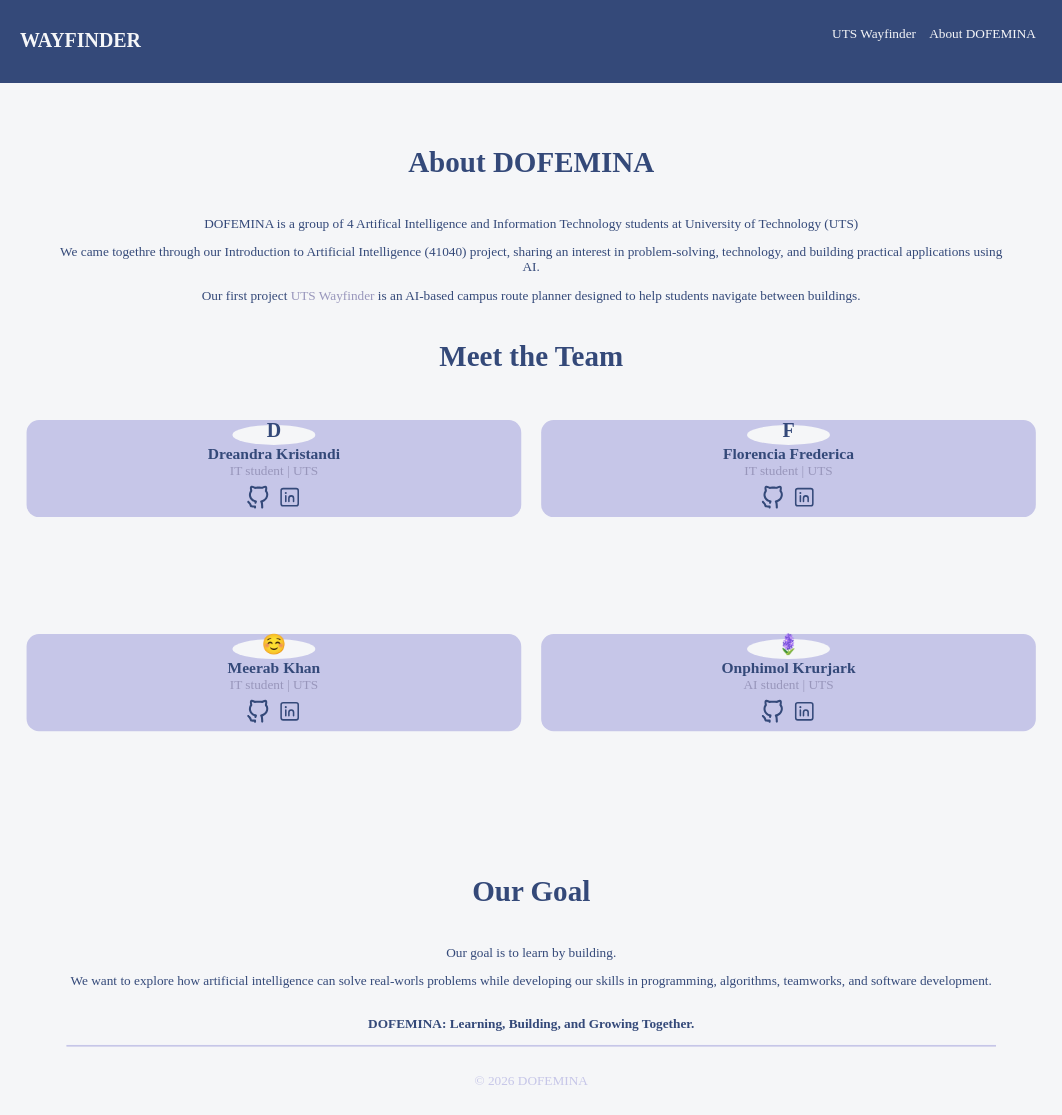
Repository: Meerab-K/uts-wayfinder
Page: html/about.html
The author's editor kept a copy of each file at every save. The page is drawn from the files as they stood at one save, then again after the next save.
The browser window is 1280 px wide. The pictures show the whole page, at 83% of full size.
Some web fonts or font styles are not loaded; a fallback is used.

Above is the page before, as saved 2026-10-19 21:50:42.

After the next save:
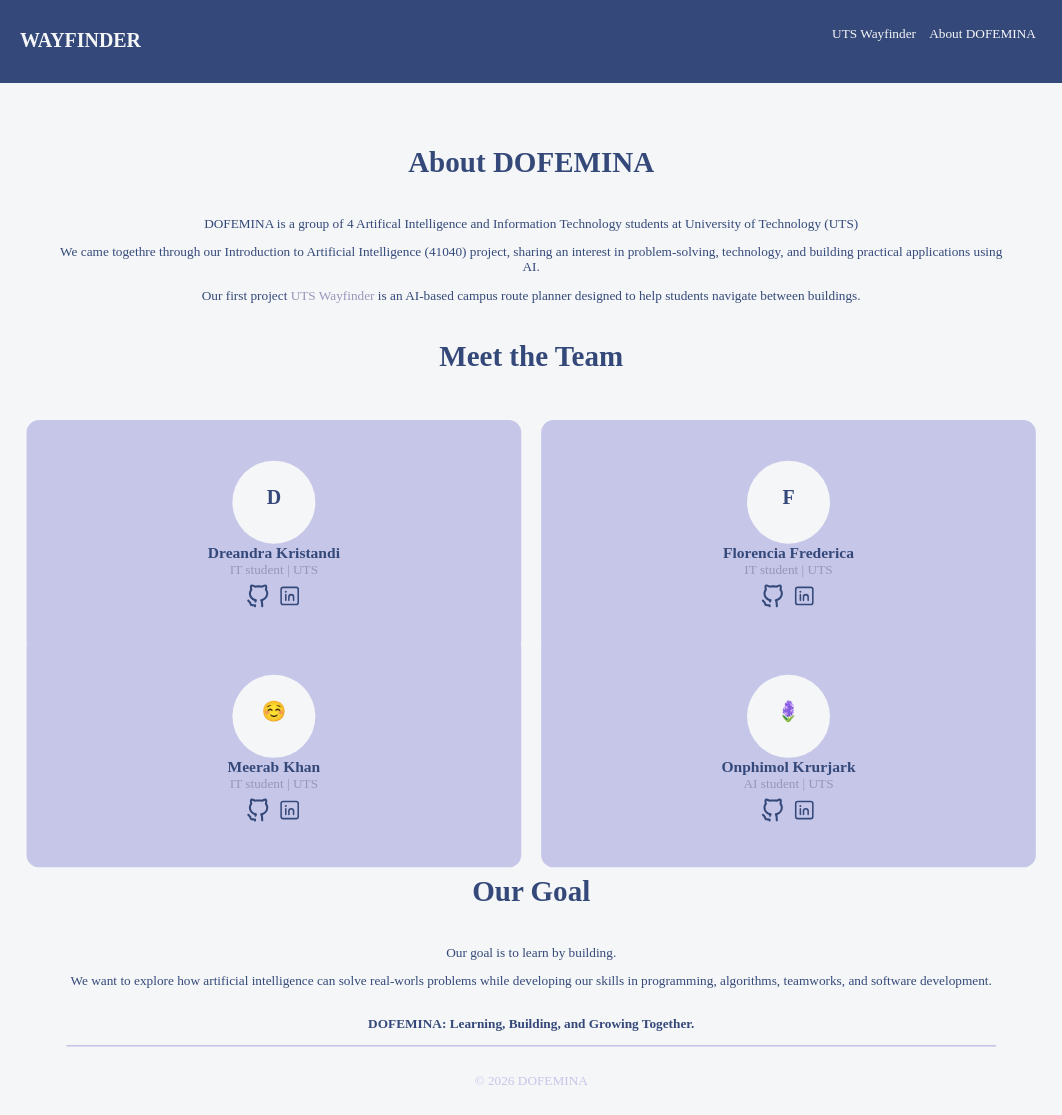
Saved 6 s later.
--- a/css/about.css
+++ b/css/about.css
@@ -30,7 +30,7 @@
     border-radius: 15px;
     padding: 1rem;
     width: 100%;
-    height: 50%;
+    height: 120%;
     box-sizing: border-box;
 
     margin: 0 auto 20px;
